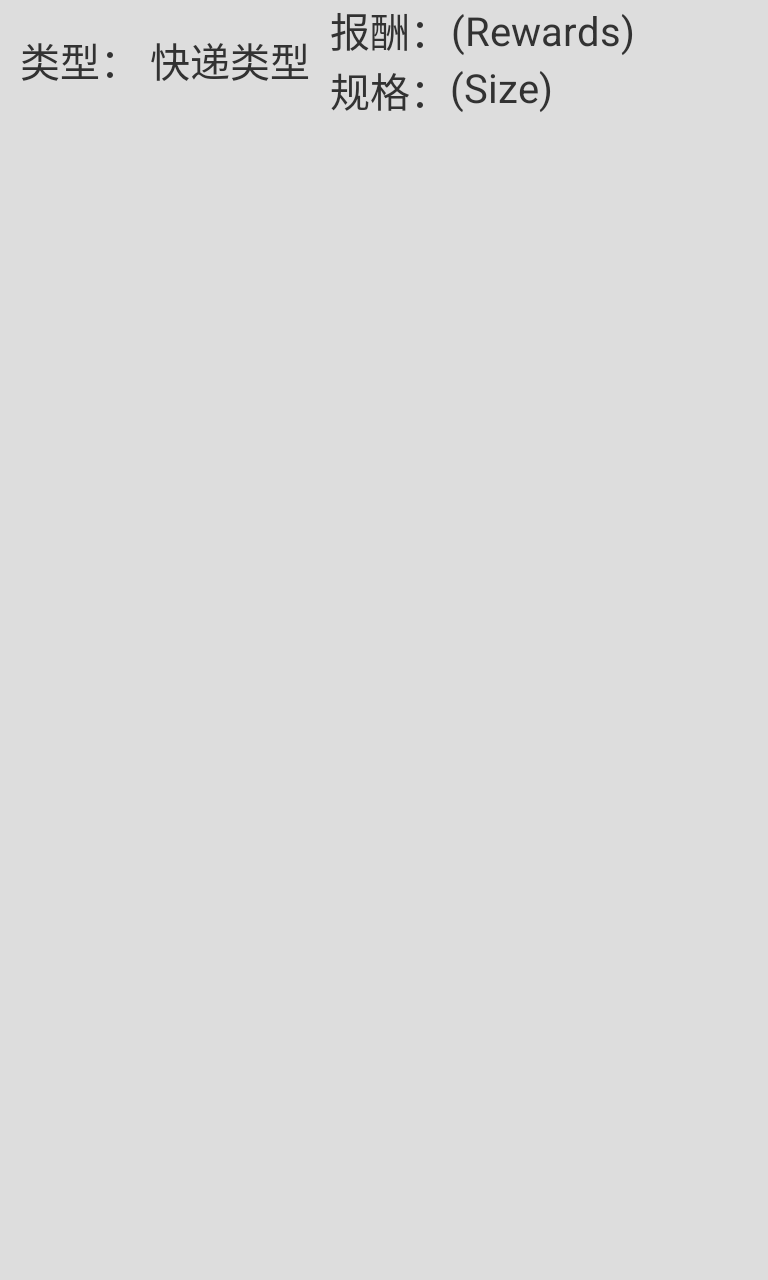
Repository: fariashen/campus-express
Layout: easyCourier/res/layout/item_request.xml
An editor plug-in stored every save of this project. The layout is shown before and after the next save, followed by the edit.
It is drawn on a 768 x 1280 px phone screen (xhdpi) without system bars, with theme AppTheme; the app's code is not run. The app's manifest (not shown) leaves right-to-left support off. So textAlignment, textDirection and layoutDirection are ignored, and left and right values win over start and end ones.

Above is the layout before, as saved 2016-04-25 06:48:33.

### easyCourier/res/layout/item_request.xml
<?xml version="1.0" encoding="utf-8"?>
<RelativeLayout xmlns:android="http://schemas.android.com/apk/res/android"
    android:layout_width="match_parent"
    android:layout_height="wrap_content"
    android:layout_marginBottom="10dp"
    style="@style/common_vertical_division_line_style"
    android:orientation="vertical"
    android:paddingBottom="20dp"
    android:layout_marginTop="10dp" >

    <TextView
        android:id="@+id/tv_tip_itemKinds"
        android:layout_width="wrap_content"
        android:layout_height="wrap_content"
        android:layout_marginLeft="10dp"
        android:layout_marginTop="15dp"
        android:text="类型："
        android:textSize="20sp" />

    <TextView
        android:id="@+id/tv_itemKinds"
        android:layout_width="wrap_content"
        android:layout_height="wrap_content"
        android:layout_marginTop="15dp"
        android:layout_marginLeft="5dp"
        android:layout_toEndOf="@id/tv_tip_itemKinds"
        android:text="快递类型"
        android:textSize="20sp" />

    <TextView
        android:id="@+id/tv_tip_itemReward"
        android:layout_width="wrap_content"
        android:layout_height="30dp"
        android:layout_marginLeft="10dp"
        android:layout_toEndOf="@id/tv_itemKinds"
        android:text="报酬："
        android:textSize="20sp" />

    <TextView
        android:id="@+id/tv_itemReward"
        android:layout_width="wrap_content"
        android:layout_height="30dp"
        android:layout_toEndOf="@id/tv_tip_itemReward"
        android:gravity="center"
        android:text="(Rewards)"
        android:textSize="20sp" />



    <TextView
        android:id="@+id/tv_tip_itemSize"
        android:layout_width="wrap_content"
        android:layout_height="30dp"
        android:layout_toEndOf="@id/tv_itemKinds"
        android:layout_below="@id/tv_tip_itemReward"
        android:layout_marginLeft="10dp"
        android:text="规格："
        android:textSize="20sp" />

    <TextView
        android:id="@+id/tv_itemSize"
        android:layout_width="wrap_content"
        android:layout_height="30dp"
        android:layout_below="@id/tv_itemReward"
        android:layout_toEndOf="@id/tv_tip_itemSize"
        android:text="(Size)"
        android:textSize="20sp" />

</RelativeLayout>

### easyCourier/res/values/styles.xml
<resources xmlns:android="http://schemas.android.com/apk/res/android">

    <!--
        Base application theme, dependent on API level. This theme is replaced
        by AppBaseTheme from res/values-vXX/styles.xml on newer devices.
    -->
    <style name="AppBaseTheme" parent="android:Theme.Light">
        <!--
            Theme customizations available in newer API levels can go in
            res/values-vXX/styles.xml, while customizations related to
            backward-compatibility can go here.
        -->
    </style>

    <!-- Application theme. -->
    <style name="AppTheme" parent="AppBaseTheme">
        <!-- All customizations that are NOT specific to a particular API-level can go here. -->
    </style>

    <!-- 最外层样式 -->
    <style name="wrap_layout">
        <item name="android:orientation">vertical</item>
        <item name="android:layout_height">wrap_content</item>
        <item name="android:layout_width">match_parent</item>
        <item name="android:layout_marginLeft">8dp</item>
        <item name="android:layout_marginRight">8dp</item>
        <item name="android:layout_marginTop">8dp</item>
		<item name="android:padding">1px</item>
        <item name="android:background">@drawable/bg_layout_shape</item>

    </style>

    <!-- 共用层样式 -->
    <style name="base_layout">
        <item name="android:orientation">horizontal</item>
		 <item name="android:layout_width">match_parent</item>
		 <item name="android:layout_height">wrap_content</item>
		 <item name="android:paddingTop">16dp</item>
		 <item name="android:paddingBottom">16dp</item>
		 <item name="android:paddingLeft">12dp</item>
		 <item name="android:paddingRight">12dp</item>
        <item name="android:gravity">center_vertical</item>
         <item name="android:focusable">true</item>
        <item name="android:clickable">true</item>
    </style>


    <!-- 上圆角样式 -->
    <style name="top_layout" parent="base_layout">
        <item name="android:background">@drawable/top_layout_selector</item>
    </style>


    <!--无圆角样式  -->
    <style name="mid_layout" parent="base_layout">
         <item name="android:background">@drawable/mid_layout_selector</item>
    </style>

        <!-- 下圆角样式 -->
    <style name="bottom_layout"  parent="base_layout">
          <item name="android:background">@drawable/bottom_layout_selector</item>
    </style>

    <!-- 全圆角样式 -->
    <style name="single_layout" parent="base_layout">
        <item name="android:background">@drawable/single_layout_selector</item>
    </style>



    <!-- textview样式 -->
    <style name="usertext">
        <item name="android:textSize">16dp</item>
        <item name="android:textColor">@color/text_clo</item>
        <item name="android:layout_width">wrap_content</item>
        <item name="android:layout_height">wrap_content</item>
        <item name="android:layout_weight">1</item>
    </style>


    <!-- 文本右边箭头样式 -->
    <style name="img_arrow">
        <item name="android:layout_width">wrap_content</item>
        <item name="android:layout_height">wrap_content</item>
        <item name="android:src">@drawable/setting_arrow</item>

    </style>


   <!-- view分割线样式 -->
    <style name="bg_line">
        <item name="android:layout_width">match_parent</item>
        <item name="android:layout_height">1px</item>
        <item name="android:background">@color/border_clo</item>
    </style>

    <style name="common_vertical_division_line_style">
    <item name="android:layout_width">0.5dp</item>
    <item name="android:layout_height">match_parent</item>
    <item name="android:background">#dddddd</item>
    </style>



    <!--  这个是加入退出时界面的代码 -->
    <style name="mypopwindow_anim_style">
        <item name="android:windowEnterAnimation">@anim/popshow_anim</item>
 <!-- 指定显示的动画xml -->

        <item name="android:windowExitAnimation">@anim/pophidden_anim</item>
 <!-- 指定消失的动画xml -->
    </style>
</resources>

Loaded but not shown: easyCourier/res/values-v11/styles.xml (common file); easyCourier/res/values-v14/styles.xml (common file)

After the next save:
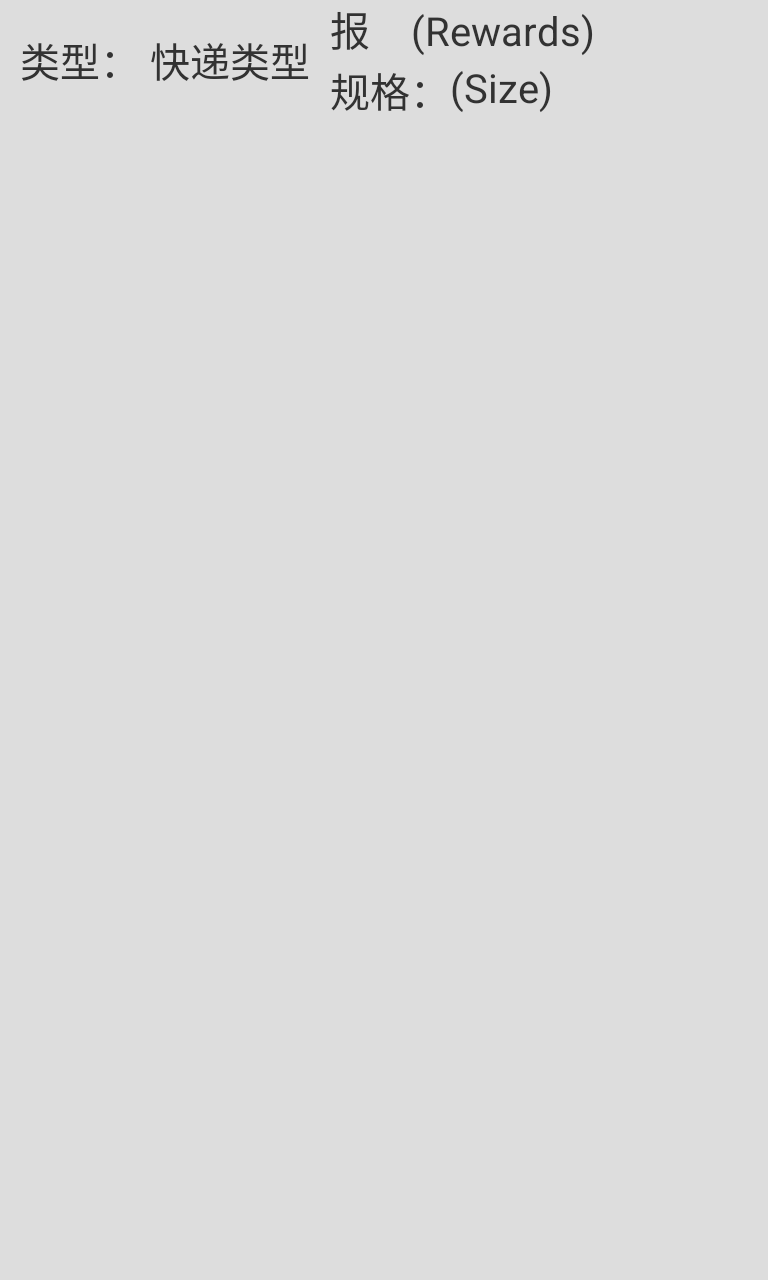
Saved 26 s later.
--- a/easyCourier/res/layout/item_request.xml
+++ b/easyCourier/res/layout/item_request.xml
@@ -29,7 +29,7 @@
 
     <TextView
         android:id="@+id/tv_tip_itemReward"
-        android:layout_width="wrap_content"
+        android:layout_width="40dp"
         android:layout_height="30dp"
         android:layout_marginLeft="10dp"
         android:layout_toEndOf="@id/tv_itemKinds"
